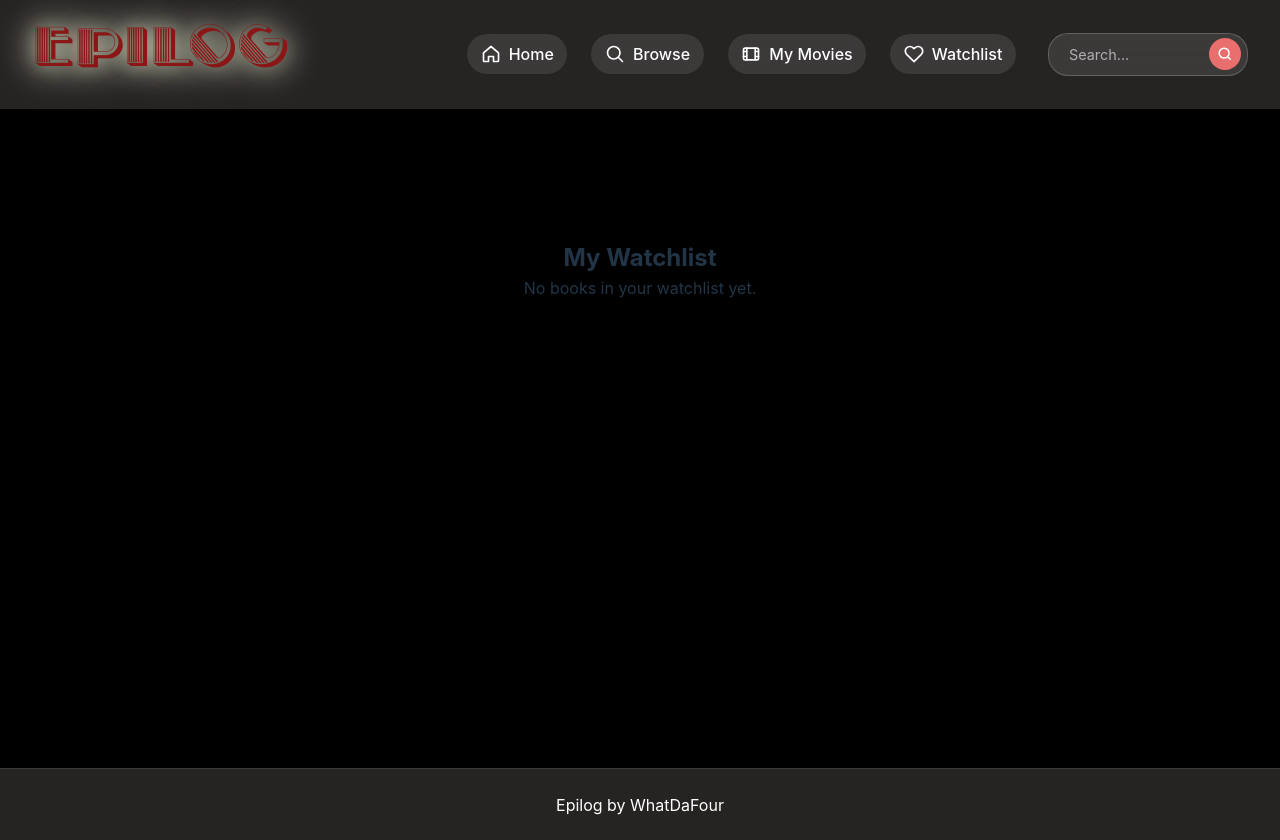
Repository: primcharlin/COMP3170_Epilog
Page: /favourites-myreviews
These files come from the project's save history. The page is drawn as it stood at one moment and after the next save; the edit follows.
The browser window is 1280 px wide. The pictures show the whole page.
The project was rebuilt for these pictures with package versions that can differ from the ones it lists, and the page was loaded fresh each time. Also part of the build but not shown: vite.config.js, src/components/SearchBar.jsx, src/components/BasicMovieCard.jsx, src/components/MovieCarousel.jsx, src/components/Popup.jsx, src/pages/Home.jsx, src/pages/Browse.jsx, src/components/Modal.jsx and 4 more.

Above is the page before, as saved 2025-11-15 15:50:16.

### index.html
<!doctype html>
<html lang="en">
  <head>
    <meta charset="UTF-8" />
    <link rel="icon" type="image/svg+xml" href="/Epilog.svg" />
    <meta name="viewport" content="width=device-width, initial-scale=1.0" />
    <title>Epilog</title>
  </head>
  <body>
    <div id="root"></div>
    <script type="module" src="/src/main.jsx"></script>
  </body>
</html>

### src/App.css
#root {
    margin: 0;
    padding: 0;
    width: 100%;
    min-height: 100vh;
}

@font-face {
    font-family: "VintageFont";
    src: url("fonts/VintageFont.ttf") format("truetype");
    font-weight: normal;
    font-style: normal;
}

* {
    margin: 0;
    padding: 0;
    box-sizing: border-box;
}

body {
    margin: 0;
    padding-top: 120px;
    /* Add padding to account for fixed header */
    font-family: -apple-system, BlinkMacSystemFont, "Segoe UI", "Roboto",
        "Oxygen", "Ubuntu", "Cantarell", "Fira Sans", "Droid Sans",
        "Helvetica Neue", sans-serif;
    -webkit-font-smoothing: antialiased;
    -moz-osx-font-smoothing: grayscale;
    text-align: center;
    background-color: #000000;
    min-height: 100vh;
    display: flex;
    flex-direction: column;
}

.page {
    min-height: 100vh;
    display: flex;
    flex-direction: column;
}

.page-section {
    padding-left: 24px;
    padding-right: 24px;
}

.main-content {
    flex: 1;
    padding-top: 120px; /* account for fixed header */
}

/* Footer Styles */
.footer {
    position: relative;
    width: 100%;
    min-height: 10vh;
    background: #262323;
    color: white;
    text-align: center;
    border-top: 1px solid rgba(255, 255, 255, 0.1);
    display: flex;
    align-items: center;
    justify-content: center;
    margin-top: auto;
}

/* Header Styles */
.header {
    background: #262323;
    color: white;
    padding: 1rem 2rem;
    width: 100%;
    display: flex;
    flex-direction: row;
    justify-content: space-between;
    align-items: center;
    box-shadow: 0 2px 10px rgba(0, 0, 0, 0.1);
    position: fixed;
    top: 0;
    left: 0;
    z-index: 1000;
}

.header h1 {
    margin: 0;
    font-family: vintageFont, "Segoe UI", Tahoma, Geneva, Verdana, sans-serif;
    font-size: 4rem;
    font-weight: 700;
    color: #8b1616;
    text-shadow: 0 0 5px rgba(251, 255, 222, 0.3), 0 0 10px rgba(251, 255, 222, 0.3), 0 0 20px rgba(251, 255, 222, 0.3),
        0 0 30px rgba(251, 255, 222, 0.3);
    animation: glowPulse 2s infinite alternate;
}

@keyframes glowPulse {
    0% {
        text-shadow: 0 0 10px rgba(251, 255, 222, 0.3)e, 0 0 20px rgba(251, 255, 222, 0.3), 0 0 30px rgba(251, 255, 222, 0.3),
            0 0 40px rgba(251, 255, 222, 0.3);
    }

    100% {
        text-shadow: 0 0 20px rgba(251, 255, 222, 0.5), 0 0 30px rgba(251, 255, 222, 0.5), 0 0 40px rgba(251, 255, 222, 0.5),
            0 0 50px rgba(251, 255, 222, 0.5);
    }
}

.header-right {
    display: flex;
    align-items: center;
    gap: 2rem;
}

.header nav ul {
    list-style: none;
    padding: 0;
    margin: 0;
    display: flex;
    gap: 1.5rem;
}

.header nav ul li a {
    color: white;
    text-decoration: none;
    font-weight: 500;
    padding: 0.5rem 0.85rem;
    border-radius: 25px;
    transition: all 0.3s ease;
    background: rgba(255, 255, 255, 0.1);
    backdrop-filter: blur(10px);
    display: inline-flex;
    align-items: center;
    gap: 0.5rem;
}

.header nav ul li a:hover {
    background: rgba(255, 255, 255, 0.2);
    transform: translateY(-2px);
    box-shadow: 0 4px 15px rgba(0, 0, 0, 0.2);
}

.header nav ul li a svg {
    width: 20px;
    height: 20px;
    color: currentColor;
}

/* Mobile Menu Toggle Button */
.mobile-menu-toggle {
    display: none;
    background: none;
    border: none;
    cursor: pointer;
    padding: 0.5rem;
    z-index: 1001;
}

.hamburger {
    display: flex;
    flex-direction: column;
    width: 24px;
    height: 18px;
    position: relative;
}

.hamburger span {
    display: block;
    height: 2px;
    width: 100%;
    background: white;
    border-radius: 1px;
    transition: all 0.3s ease;
    transform-origin: center;
}

.hamburger span:nth-child(1) {
    margin-bottom: 4px;
}

.hamburger span:nth-child(2) {
    margin-bottom: 4px;
}

.hamburger.open span:nth-child(1) {
    transform: rotate(45deg) translate(5px, 5px);
}

.hamburger.open span:nth-child(2) {
    opacity: 0;
}

.hamburger.open span:nth-child(3) {
    transform: rotate(-45deg) translate(7px, -6px);
}

/* Header Search Bar Styles */
.header-search-container {
    display: flex;
    align-items: center;
}

.header-search-form {
    width: 100%;
}

.header-search-wrapper {
    position: relative;
    display: flex;
    align-items: center;
    background: rgba(255, 255, 255, 0.1);
    border-radius: 20px;
    padding: 0.25rem 0.5rem;
    backdrop-filter: blur(10px);
    border: 1px solid rgba(255, 255, 255, 0.2);
    transition: all 0.3s ease;
    width: 200px;
    min-height: 36px;
}

.header-search-wrapper:focus-within {
    background: rgba(255, 255, 255, 0.15);
    border-color: #e96e6e;
    box-shadow: 0 0 10px rgba(233, 110, 110, 0.3);
}

.header-search-input {
    flex: 1;
    background: transparent;
    border: none;
    outline: none;
    color: white;
    font-size: 0.9rem;
    padding: 0.5rem 2.25rem 0.5rem 0.75rem;
    /* add right padding for button */
    font-family: inherit;
}

.header-search-input::placeholder {
    color: rgba(255, 255, 255, 0.6);
}

.header-search-button {
    position: absolute;
    right: 6px;
    top: 50%;
    transform: translateY(-50%);
    background: #e96e6e;
    border: none;
    border-radius: 999px;
    width: 32px;
    height: 32px;
    aspect-ratio: 1 / 1;
    padding: 0;
    display: flex;
    align-items: center;
    justify-content: center;
    cursor: pointer;
    transition: all 0.3s ease;
    color: white;
}

.header-search-button svg {
    width: 14px;
    height: 14px;
    color: inherit;
}

.header-search-button svg path {
    stroke: #ffffff;
    fill: none;
    stroke-width: 2.5;
}

.header-search-button:hover {
    background: #d55a5a;
}

.header-search-button:active {
    transform: scale(0.95);
}

h1 {
    margin-top: 4rem;
    font-size: 4rem;
    font-weight: 700;
    color: white;
    text-shadow: 2px 2px 4px rgba(0, 0, 0, 0.3);
    line-height: 1.2;
}

.catalog-text {
    color: #e96e6e;
}

h3 {
    margin-top: 2rem;
    font-size: 1.2rem;
    font-weight: 400;
    color: #aaaaaa;
    text-align: center;
    line-height: 1.6;
    max-width: 600px;
    margin-left: auto;
    margin-right: auto;
}

/* Search Bar Styles */
.search-bar-container {
    margin-top: 3rem;
    display: flex;
    justify-content: center;
    align-items: center;
}

.search-form {
    width: 100%;
    max-width: 500px;
}

.search-input-wrapper {
    position: relative;
    display: flex;
    align-items: center;
    background: rgba(255, 255, 255, 0.1);
    border-radius: 25px;
    padding: 0.5rem;
    backdrop-filter: blur(10px);
    border: 1px solid rgba(255, 255, 255, 0.2);
    transition: all 0.3s ease;
}

.search-input-wrapper:focus-within {
    background: rgba(255, 255, 255, 0.15);
    border-color: #e96e6e;
    box-shadow: 0 0 20px rgba(233, 110, 110, 0.3);
}

.search-input {
    flex: 1;
    background: transparent;
    border: none;
    outline: none;
    color: white;
    font-size: 1rem;
    padding: 0.75rem 1rem;
    font-family: inherit;
}

.search-input::placeholder {
    color: rgba(255, 255, 255, 0.6);
}

.search-button {
    background: #e96e6e;
    border: none;
    border-radius: 999px;
    width: 56px;
    height: 56px;
    display: flex;
    align-items: center;
    justify-content: center;
    cursor: pointer;
    transition: all 0.3s ease;
    color: white;
}

.search-button svg {
    width: 36px;
    height: 36px;
    color: inherit;
    display: block;
    /* avoid inline baseline shifting */
}

.search-button svg path {
    stroke: #ffffff;
    fill: none;
    stroke-width: 2.5;
}

.search-button:hover {
    background: #d55a5a;
    transform: scale(1.05);
}

.search-button:active {
    transform: scale(0.95);
}

/* Modal Styles */
.modal-backdrop {
    position: fixed;
    top: 0;
    left: 0;
    width: 100%;
    height: 100%;
    background-color: rgba(0, 0, 0, 0.5);
    display: flex;
    align-items: center;
    justify-content: center;
    z-index: 2000;
}

.modal-content {
    background-color: #262323;
    color: white;
    border-radius: 10px;
    padding: 20px;
    max-width: 500px;
    margin: 0 auto;
    width: 90%;
    animation: modalSlideIn 0.6s cubic-bezier(0.25, 0.46, 0.45, 0.94);
}

@keyframes modalSlideIn {
    0% {
        transform: translateX(-100%);
        opacity: 0;
    }
    50% {
        transform: translateX(-20%);
        opacity: 0.7;
    }
    100% {
        transform: translateX(0%);
        opacity: 1;
    }
}

.modal-header {
    border-bottom: none;
    padding-bottom: 10px;
    margin-bottom: 20px;
    position: relative;
    display: flex;
    justify-content: space-between;
    align-items: center;
}

.modal-body {
    padding: 20px;
}

/* Form Styles */
.form-container {
    display: flex;
    flex-direction: column;
    gap: 20px;
}

.form-control input {
    background-color: #262323;
    color: white;
}

.form-control {
    display: flex;
    align-items: center;
    justify-content: center;
    gap: 12px;
}

.form-control label {
    display: block;
}

.form-control--stack {
    flex-direction: column;
    align-items: stretch;
}

/* Rating styles */
.rating-group {
    display: flex;
    gap: 0;
}

.rating-star {
    background: transparent;
    border: none;
    font-size: 1.25rem;
    color: #777777;
    padding: 2px;
    line-height: 1;
}

.rating-star.active {
    color: #e6b800;
}

/* Selected movie preview */
.selected-movie {
    display: flex;
    flex-direction: column;
    align-items: center;
    gap: 8px;
    margin-bottom: 10px;
}

.selected-movie img {
    width: 160px;
    height: 240px;
    object-fit: cover;
    border-radius: 8px;
}

.selected-movie-title {
    font-weight: 600;
}

/* VHS card styles */
.vhs-card {
    width: 100px;
    height: 400px;
    background-size: cover;
    background-position: center;
    border-radius: 6px;
    position: relative;
    overflow: hidden;
    box-shadow: 0 6px 16px rgba(0, 0, 0, 0.5);
}

.vhs-card-overlay {
    position: absolute;
    inset: 0 0 0 0;
    background: linear-gradient(0deg, rgba(0, 0, 0, 0.65), rgba(0, 0, 0, 0.2));
}

.vhs-card-title {
    position: absolute;
    top: 50%;
    left: 50%;
    transform: translate(-50%, -50%) rotate(-270deg);
    transform-origin: center;
    color: #ffffff;
    font-weight: 800;
    font-size: 1.2rem;
    letter-spacing: 1px;
    text-transform: uppercase;
    text-shadow: 0 2px 8px rgba(0, 0, 0, 0.7);
}

.vhs-card-title.long {
    font-size: 1rem;
}

.vhs-card-title.xlong {
    font-size: 0.85rem;
}

.vhs-card-remove {
    position: absolute;
    top: 8px;
    right: 8px;
    background: rgba(0, 0, 0, 0.7);
    color: white;
    border: none;
    border-radius: 50%;
    width: 24px;
    height: 24px;
    font-size: 16px;
    font-weight: bold;
    cursor: pointer;
    display: flex;
    align-items: center;
    justify-content: center;
    transition: all 0.2s ease;
}

.vhs-card-remove:hover {
    background: rgba(255, 0, 0, 0.8);
    transform: scale(1.1);
}

.modal-close {
    background: rgba(0, 0, 0, 0.7);
    color: white;
    border: none;
    border-radius: 50%;
    width: 24px;
    height: 24px;
    font-size: 16px;
    font-weight: bold;
    cursor: pointer;
    display: flex;
    align-items: center;
    justify-content: center;
    transition: all 0.2s ease;
}

.modal-close:hover {
    background: rgba(255, 0, 0, 0.8);
    transform: scale(1.1);
}

.my-movies-container {
    margin-top: 20px;
    display: flex;
    gap: 16px;
    flex-wrap: wrap;
}

/* Bonnie */
.carousel-wrapper {
    position: relative;
    display: flex;
    align-items: center;
    margin: 20px 40px;
}

.carousel {
    display: flex;
    overflow-x: auto;
    gap: 15px;
    scroll-behavior: smooth;
    padding: 10px 0;
}

.basic-movie-card {
    flex: 0 0 auto;
    width: 180px;
    border: 1px solid rgba(255, 255, 255, 0.1);
    border-radius: 8px;
    padding: 10px;
    text-align: center;
    background: rgba(255, 255, 255, 0.05);
    display: flex;
    flex-direction: column;
    justify-content: space-between;
    box-shadow: 0 4px 15px rgba(0, 0, 0, 0.3);
    height: 380px;
}

.basic-movie-card:hover::before {
    opacity: 1;
}

.basic-movie-card:hover {
    transform: translateY(-5px);
    box-shadow: 0 10px 30px rgba(0, 0, 0, 0.3);
    border-color: rgba(233, 110, 110, 0.3);
    background: rgba(255, 255, 255, 0.08);
}

.basic-movie-card::after {
    background: linear-gradient(
        135deg,
        rgba(233, 110, 110, 0.1),
        rgba(255, 255, 255, 0.05)
    );
    transition: opacity 0.3s ease;
}

.movie-img {
    width: 100%;
    height: 220px;
    border-radius: 5px;
    object-fit: cover;
}

.movie-title {
    font-weight: bold;
    margin-bottom: 1px;
    color: #ffffff;
}

.add-btn {
    background-color: #fbffde;
    color: #8b1616;
    border: none;
    padding: 5px 10px;
    margin-top: 5px;
    border-radius: 25px;
    cursor: pointer;
}

.trailer-btn {
    display: block;
    margin-top: 5px;
    color: #d55a5a;
    font-weight: 600;
    text-decoration: none;
}

.arrow {
    position: absolute;
    top: 50%;
    transform: translateY(-50%);
    background-color: rgba(0, 0, 0, 0.5);
    color: white;
    border: none;
    font-size: 24px;
    padding: 5px 10px;
    cursor: pointer;
    border-radius: 50%;
    z-index: 10;
}

.arrow.left {
    left: 0;
}

.arrow.right {
    right: 0;
}

.arrow:hover {
    background-color: rgba(0, 0, 0, 0.8);
}

/* Watchlist Styles */
.page-section h2 {
    color: white;
    font-size: 2.5rem;
    font-weight: 700;
    margin-bottom: 1rem;
    text-align: center;
    text-shadow: 2px 2px 4px rgba(0, 0, 0, 0.3);
    background: linear-gradient(135deg, #ffffff, #e96e6e);
    background-clip: text;
    -webkit-background-clip: text;
    -webkit-text-fill-color: transparent;
    animation: titleGlow 3s ease-in-out infinite alternate;
}

@keyframes titleGlow {
    0% {
        filter: drop-shadow(0 0 5px rgba(233, 110, 110, 0.3));
    }

    100% {
        filter: drop-shadow(0 0 15px rgba(233, 110, 110, 0.6));
    }
}

.page-section p {
    color: white;
    font-size: 1.1rem;
    text-align: center;
    margin-bottom: 1rem;
    line-height: 1.6;
    overflow: hidden;
}

.watchlist-container {
    display: grid;
    grid-template-columns: repeat(auto-fill, minmax(280px, 1fr));
    gap: 2rem;
    margin-top: 2rem;
    padding: 0 1rem;
}

.watchlist-item {
    background: rgba(255, 255, 255, 0.05);
    border-radius: 15px;
    padding: 1.5rem;
    backdrop-filter: blur(10px);
    border: 1px solid rgba(255, 255, 255, 0.1);
    transition: all 0.3s ease;
    position: relative;
    overflow: hidden;
    box-shadow: 0 8px 32px rgba(0, 0, 0, 0.1);
}

.watchlist-item::before {
    content: "";
    position: absolute;
    top: 0;
    left: 0;
    right: 0;
    bottom: 0;
    background: linear-gradient(
        135deg,
        rgba(233, 110, 110, 0.1),
        rgba(255, 255, 255, 0.05)
    );
    opacity: 0;
    transition: opacity 0.3s ease;
    border-radius: 15px;
}

.watchlist-item:hover::before {
    opacity: 1;
}

.watchlist-item:hover {
    transform: translateY(-5px);
    box-shadow: 0 10px 30px rgba(0, 0, 0, 0.3);
    border-color: rgba(233, 110, 110, 0.3);
    background: rgba(255, 255, 255, 0.08);
}

.movie-link {
    text-decoration: none;
    color: inherit;
    display: block;
    margin-bottom: 1rem;
}

.movie-link:hover {
    text-decoration: none;
}

.watchlist-poster {
    width: 100%;
    height: 400px;
    object-fit: cover;
    border-radius: 10px;
    margin-bottom: 1rem;
    transition: all 0.3s ease;
    box-shadow: 0 4px 15px rgba(0, 0, 0, 0.3);
    position: relative;
    z-index: 1;
}

.watchlist-poster::after {
    content: "";
    position: absolute;
    top: 0;
    left: 0;
    right: 0;
    bottom: 0;
    background: linear-gradient(45deg, rgba(233, 110, 110, 0.2), transparent);
    opacity: 0;
    transition: opacity 0.3s ease;
    border-radius: 10px;
}

.watchlist-item:hover .watchlist-poster::after {
    opacity: 1;
}

.watchlist-item:hover .watchlist-poster {
    transform: scale(1.02);
}

.watchlist-title {
    color: white;
    font-size: 1.3rem;
    font-weight: 600;
    margin: 0;
    text-align: center;
    line-height: 1.3;
    text-shadow: 1px 1px 2px rgba(0, 0, 0, 0.5);
    position: relative;
    z-index: 2;
    transition: all 0.3s ease;
}

.watchlist-item:hover .watchlist-title {
    color: #e96e6e;
    text-shadow: 0 0 10px rgba(233, 110, 110, 0.5);
}

.remove-btn-watchlist {
    background: linear-gradient(135deg, #e96e6e, #d55a5a);
    color: white;
    border: none;
    border-radius: 25px;
    padding: 0.75rem 1.5rem;
    font-size: 0.9rem;
    font-weight: 600;
    cursor: pointer;
    transition: all 0.3s ease;
    width: 100%;
    text-transform: uppercase;
    letter-spacing: 0.5px;
    box-shadow: 0 4px 15px rgba(233, 110, 110, 0.3);
    position: relative;
    z-index: 2;
    overflow: hidden;
}

.remove-btn-watchlist::before {
    content: "";
    position: absolute;
    top: 0;
    left: -100%;
    width: 100%;
    height: 100%;
    background: linear-gradient(
        90deg,
        transparent,
        rgba(255, 255, 255, 0.2),
        transparent
    );
    transition: left 0.5s ease;
}

.remove-btn-watchlist:hover::before {
    left: 100%;
}

.remove-btn-watchlist:hover {
    background: linear-gradient(135deg, #d55a5a, #c44545);
    transform: translateY(-2px);
    box-shadow: 0 6px 20px rgba(233, 110, 110, 0.4);
}

.remove-btn-watchlist:active {
    transform: translateY(0);
    box-shadow: 0 2px 10px rgba(233, 110, 110, 0.3);
}
/* Browse styles */
.browse-grid {
    display: grid;
    grid-template-columns: repeat(auto-fill, minmax(180px, 1fr));
    gap: 20px;
    padding: 20px;
}

/* Responsive Design */
@media (max-width: 1024px) {
    .header h1 {
        font-size: 3rem;
    }

    .header-right {
        gap: 1rem;
    }

    .header nav ul {
        gap: 1rem;
    }

    .header-search-wrapper {
        width: 150px;
    }
}

@media (max-width: 768px) {
    .header {
        padding: 1rem;
    }

    .header h1 {
        font-size: 2.5rem;
    }

    .header-right {
        gap: 0.5rem;
    }

    .header nav {
        display: none;
    }

    .header nav.mobile-open {
        display: block;
        position: absolute;
        top: 100%;
        left: 0;
        right: 0;
        background: #262323;
        border-top: 1px solid rgba(255, 255, 255, 0.1);
        box-shadow: 0 4px 10px rgba(0, 0, 0, 0.1);
    }

    .header nav.mobile-open ul {
        flex-direction: column;
        gap: 0;
        padding: 1rem;
    }

    .header nav.mobile-open ul li {
        width: 100%;
    }

    .header nav.mobile-open ul li a {
        width: 100%;
        justify-content: flex-start;
        padding: 1rem;
        border-radius: 8px;
        margin-bottom: 0.5rem;
    }

    .mobile-menu-toggle {
        display: block;
    }

    .header-search-wrapper {
        width: 120px;
    }

    .header-search-input {
        font-size: 0.8rem;
        padding: 0.4rem 1.5rem 0.4rem 0.5rem;
    }

    .header-search-button {
        width: 28px;
        height: 28px;
    }

    .header-search-button svg {
        width: 12px;
        height: 12px;
    }
}

@media (max-width: 480px) {
    .header {
        padding: 0.75rem;
    }

    .header h1 {
        font-size: 2rem;
    }

    .header-search-container {
        display: none;
    }

    .header nav.mobile-open ul li a {
        padding: 0.75rem;
        font-size: 0.9rem;
    }

    .header nav.mobile-open ul li a svg {
        width: 18px;
        height: 18px;
    }

    .main-content {
        padding-top: 100px;
    }

    body {
        padding-top: 100px;
    }
}

/* Popup Styles */
.popup-container {
    position: fixed;
    top: 20px;
    right: 20px;
    z-index: 9999;
  }

  .popup-box {
    background-color: #333;
    color: white;
    padding: 12px 18px;
    border-radius: 8px;
    font-size: 0.95rem;
    box-shadow: 0px 4px 10px rgba(0,0,0,0.3);
    animation: fadeInOut 5s forwards;
  }

  .popup {
    position: fixed;
    top: 50%;
    left: 50%;
    transform: translate(-50%, -50%);
    background: white;
    border-radius: 10px;
    padding: 20px 30px;
    box-shadow: 0 0 15px rgba(0, 0, 0, 0.2);
    z-index: 9999;
    font-size: 18px;
  }


  @keyframes fadeInOut {
    0% { opacity: 0; transform: translateY(-10px); }
    10% { opacity: 1; transform: translateY(0); }
    90% { opacity: 1; transform: translateY(0); }
    100% { opacity: 0; transform: translateY(-10px); }
  }

### src/components/Footer.jsx
import React from "react";

const Footer = () => {
    return (
        <footer className='footer'>
            <p>Epilog by WhatDaFour</p>
        </footer>
    );
};

export default Footer;

### src/pages/Watchlist.jsx
import { useEffect, useState } from "react";
import { Link } from "react-router-dom";

export default function Watchlist() {
  const [books, setBooks] = useState([]);

  useEffect(() => {
    const saved = localStorage.getItem("watchlist");
    if (saved) {
      setBooks(JSON.parse(saved));
    }
  }, []);

  return (
    <div className="container">
      <h2 className="page-title">My Watchlist</h2>

      {books.length === 0 ? (
        <p className="empty-text">No books in your watchlist yet.</p>
      ) : (
        <div className="books-grid">
          {books.map((book) => (
            <div key={book.isbn13} className="book-card">
              <Link to={`/book/${book.isbn13}`} className="book-link">
                <img src={book.image} alt={book.title} className="book-cover" />
                <p className="book-title">{book.title}</p>
              </Link>
            </div>
          ))}
        </div>
      )}
    </div>
  );
}

Loaded but not shown: src/main.jsx (common file); src/index.css (common file); src/components/Header.jsx (128 lines, source omitted); src/components/HeaderSearchBar.jsx (53 lines, source omitted); src/App.jsx (46 lines, source omitted)

After the next save:
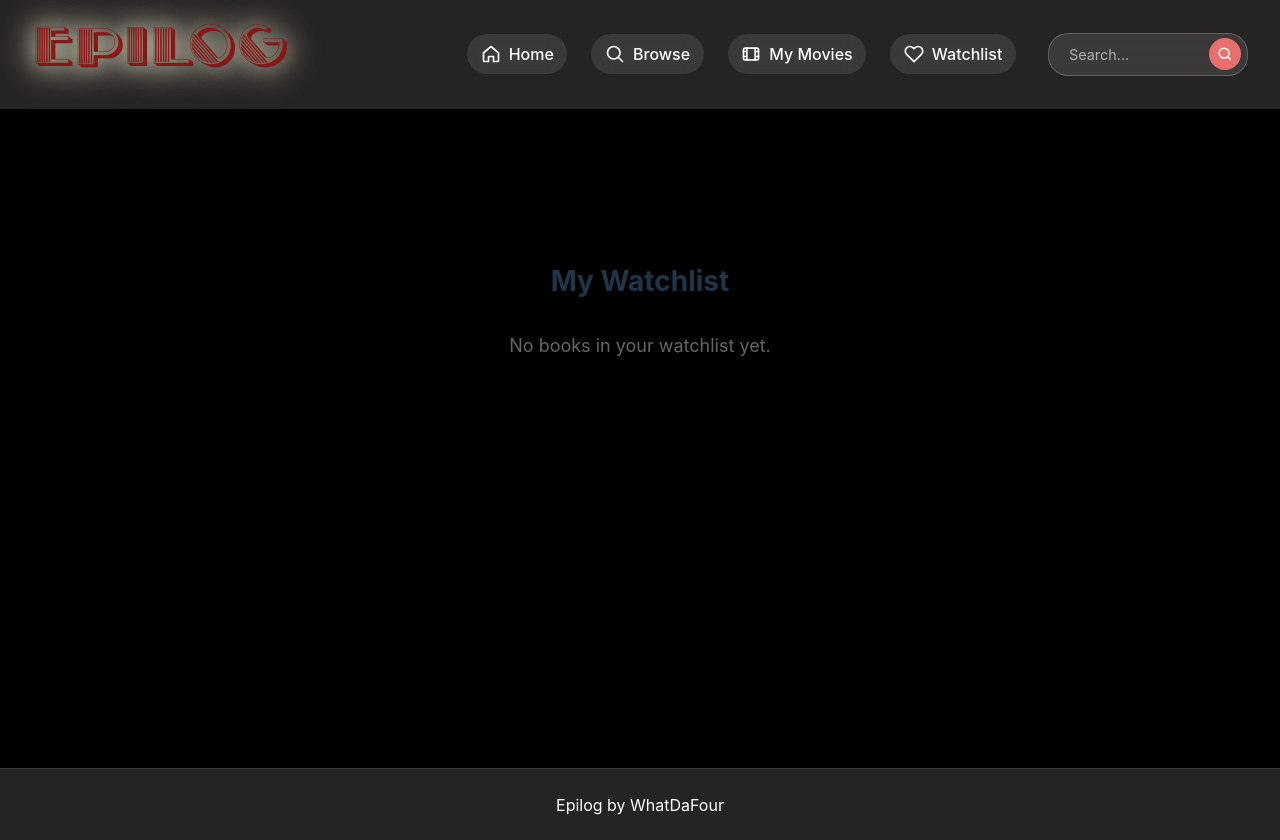
Saved 26 s later.
--- a/src/App.css
+++ b/src/App.css
@@ -1068,3 +1068,55 @@
     90% { opacity: 1; transform: translateY(0); }
     100% { opacity: 0; transform: translateY(-10px); }
   }
+
+
+  /* Watchlist Styles */
+
+  .container {
+    max-width: 900px;
+    margin: 0 auto;
+    padding: 20px;
+  }
+
+  .page-title {
+    font-size: 28px;
+    font-weight: bold;
+    text-align: center;
+    margin-bottom: 25px;
+  }
+
+  .empty-text {
+    text-align: center;
+    font-size: 18px;
+    color: #666;
+    margin-top: 30px;
+  }
+
+  /* Grid layout */
+  .books-grid {
+    display: grid;
+    grid-template-columns: repeat(auto-fill, minmax(160px, 1fr));
+    gap: 20px;
+  }
+
+  /* Card style */
+  .book-card {
+    background: #fff;
+    padding: 10px;
+    border-radius: 8px;
+    box-shadow: 0 3px 6px rgba(0,0,0,0.1);
+    text-align: center;
+  }
+
+  .book-card img {
+    width: 100%;
+    height: 220px;
+    object-fit: cover;
+    border-radius: 6px;
+  }
+
+  .book-title {
+    margin-top: 10px;
+    font-size: 14px;
+    font-weight: 600;
+  }
